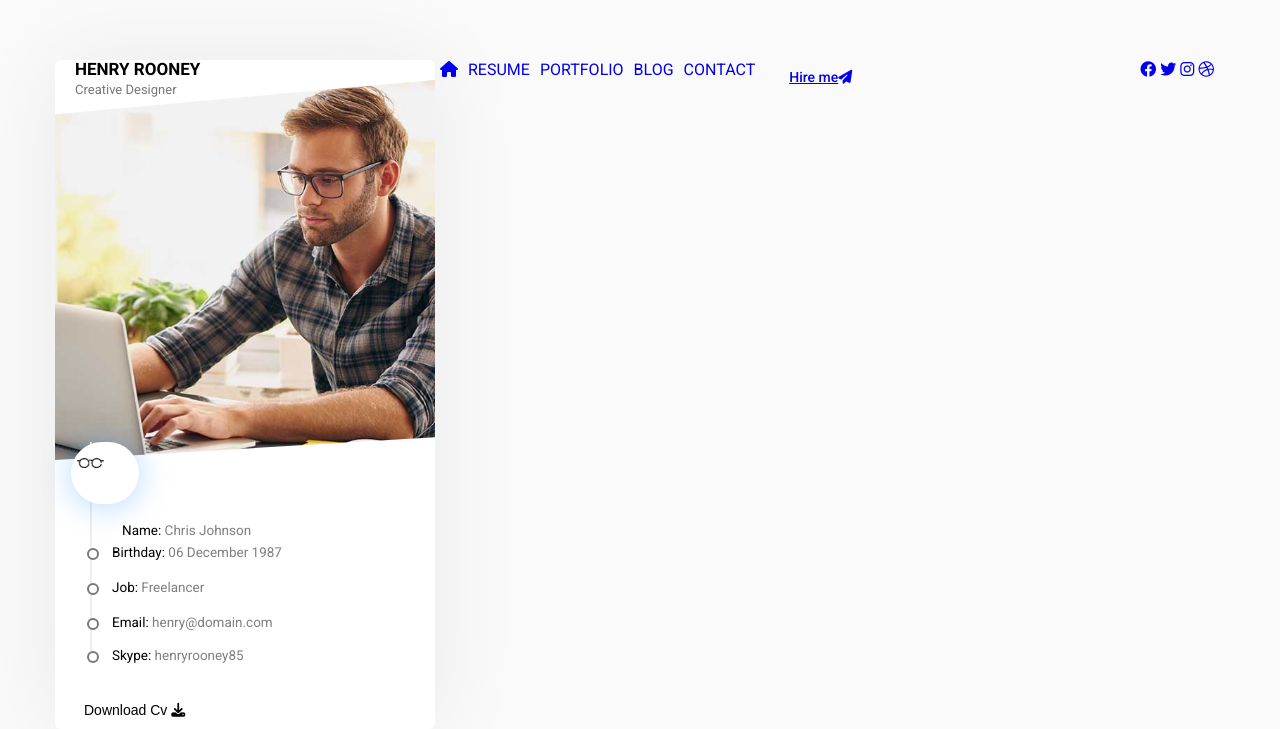
Repository: Lehuyhuynh/mat
Page: index.html
The author's editor kept a copy of each file at every save. The page is drawn from the files as they stood at one save, then again after the next save.
The browser window is 1280 px wide. The pictures show the whole page.

Above is the page before, as saved 2023-04-12 12:06:43.

After the next save:
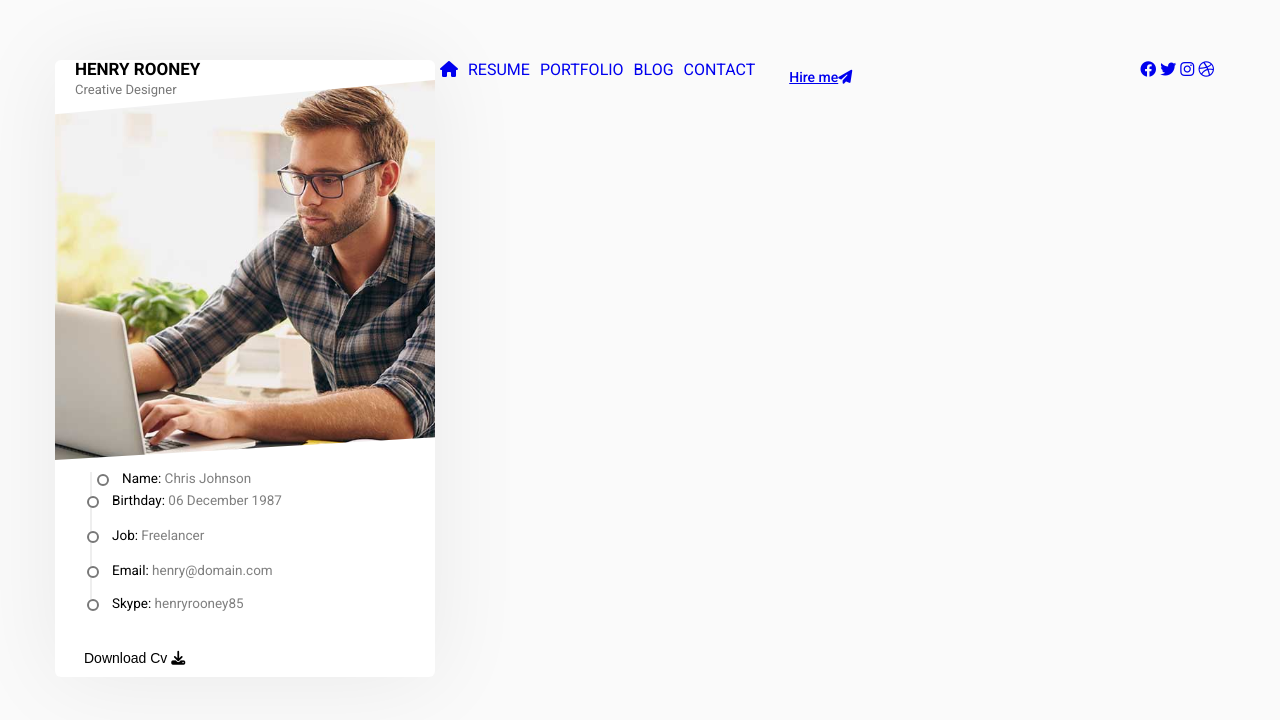
Saved 20 s later.
--- a/style.css
+++ b/style.css
@@ -159,19 +159,7 @@
                     width: 20px;
  }
 
-ul.profile-information li:first-child:before{
-                    /*content: '\f2c0';
-                    font-family: FontAwesome;
-                    font-size: 13.5px;*/
-                    margin-left: -51px;
-                    margin-top: -30px;
-                    margin-bottom: 20px;
-                    position: relative;
-                    border: 0;
-                    width: 40px;
-                    height: 40px;
-                    padding: 11px 14px;
-                  box-shadow: 0px 2px 32px 0px rgba(4, 123, 248, 0.3);
+
  }
 
 ul.profile-information li:first-child:after{
